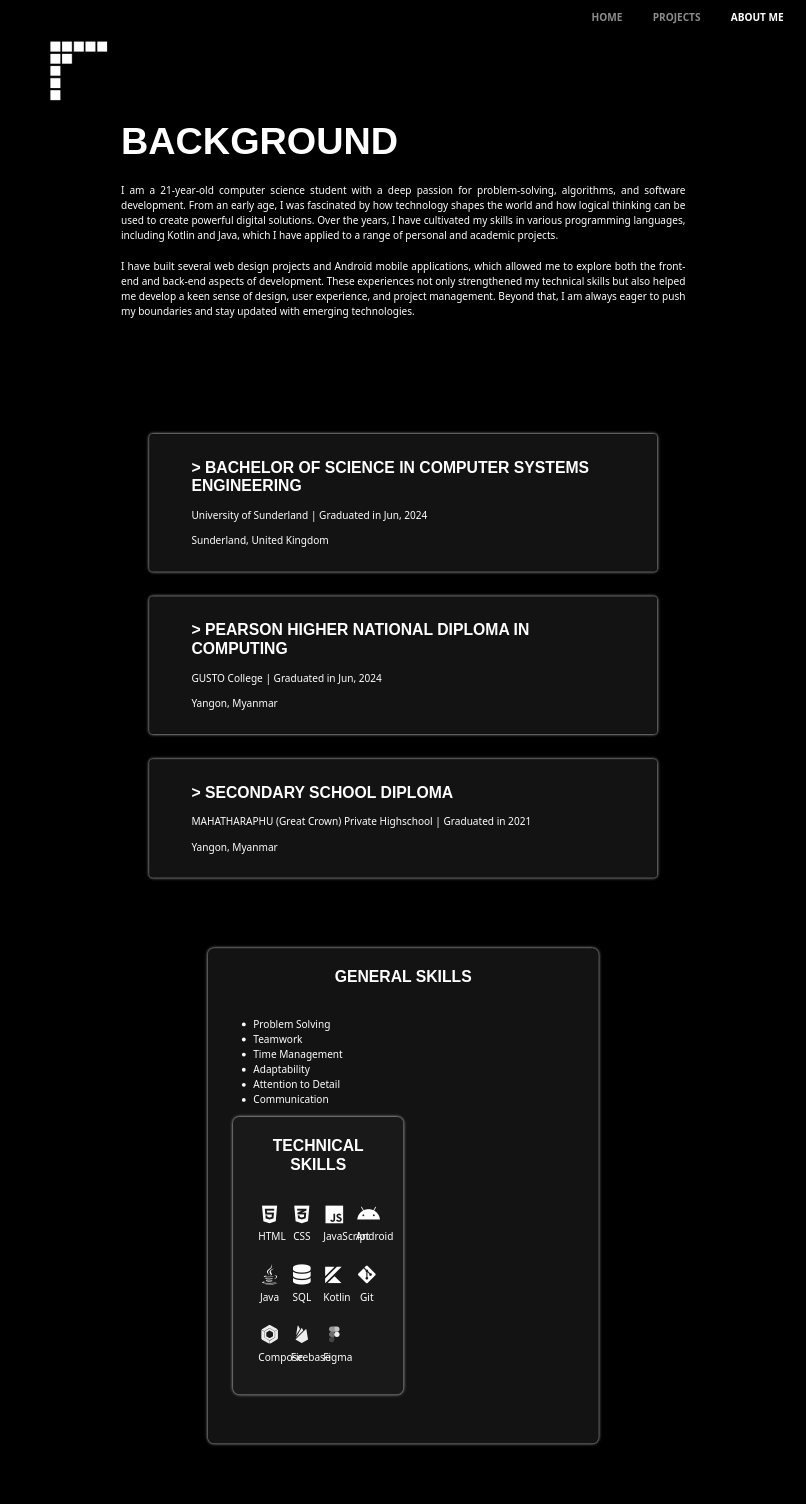
Repository: pyaestk/Portfolio-template
Page: aboutme.html
These files come from the project's save history. The page is drawn as it stood at one moment and after the next save; the edit follows.
The browser window is 1280 px wide. The pictures show the whole page, at 63% of full size.
Some web fonts or font styles are not loaded; a fallback is used. Some web libraries are served in a nearby version.

Above is the page before, as saved 2025-05-24 13:12:11.
Console error: TypeError: Cannot read properties of null (reading 'addEventListener')

After the next save:
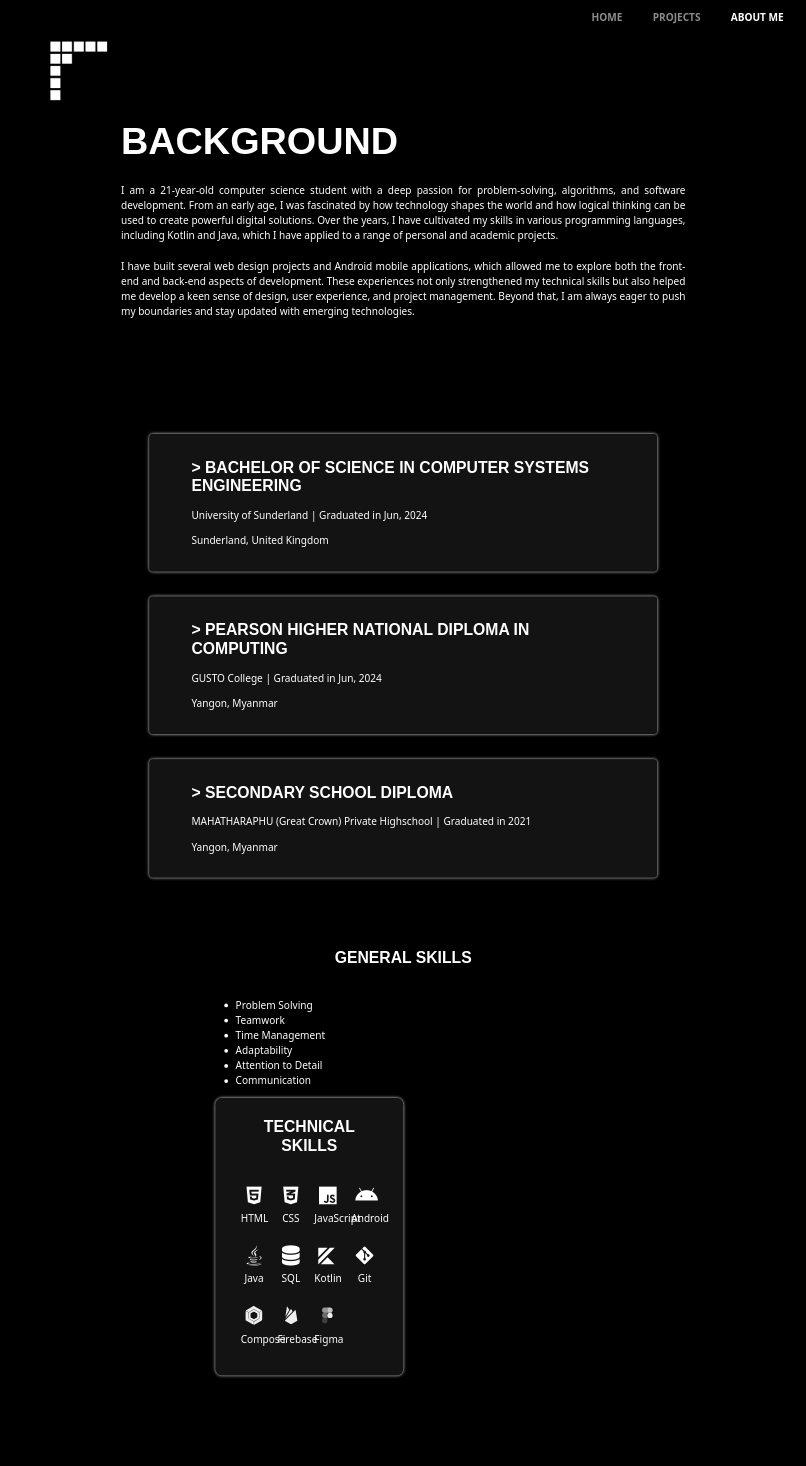
Saved 26 s later.
--- a/styles.css
+++ b/styles.css
@@ -225,7 +225,7 @@ video {
   justify-content: space-evenly;
 }
 
-.skills-container .general-skills, .technical-skills{
+.skills-container .technical-skills{
   background-color: rgba(29, 29, 29, 0.671);
   box-shadow: 0 0 5px rgb(255, 255, 255);
   color: white;
@@ -234,7 +234,7 @@ video {
   text-align: start;
 }
 
-.skills-container .general-skills:hover, .technical-skills:hover{
+.skills-container .technical-skills:hover{
   box-shadow: 0 0 15px rgb(255, 255, 255);
   transition: all 0.2s ease-in-out;
 }
